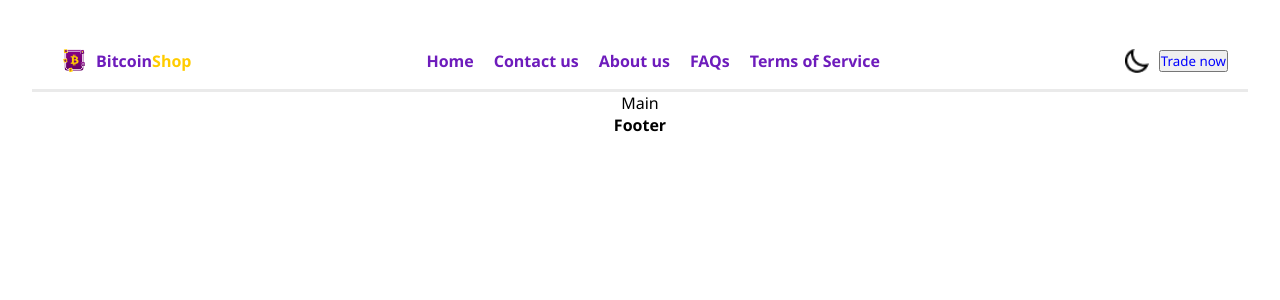
Repository: akinmiday/bitcoinshop-website
Page: /
The author's editor kept a copy of each file at every save. The page is drawn from the files as they stood at one save, then again after the next save.
The browser window is 1280 px wide. The pictures show the whole page.
The project was rebuilt for these pictures with package versions that can differ from the ones it lists, and the page was loaded fresh each time. Also part of the build but not shown: vite.config.js.

Above is the page before, as saved 2023-07-10 14:57:35.

After the next save:
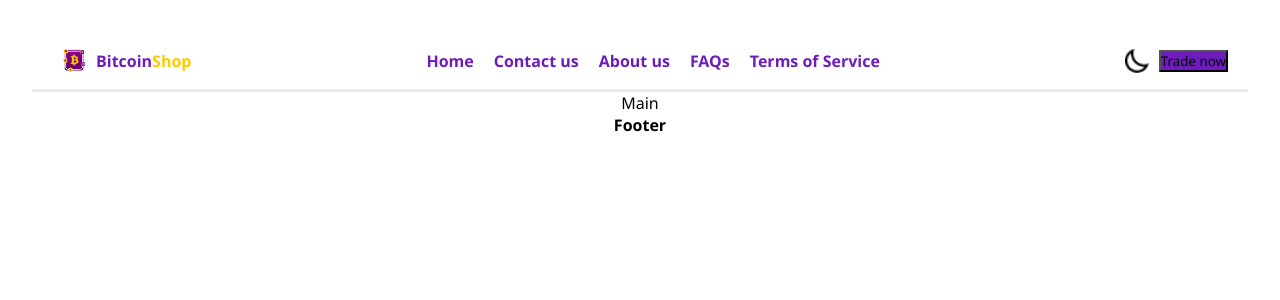
Saved 12 s later.
--- a/src/index.css
+++ b/src/index.css
@@ -43,5 +43,5 @@
 }
 
 .right-side-header >button {
-    color: blue;
+    background-color: #6E1CBC;
 }
